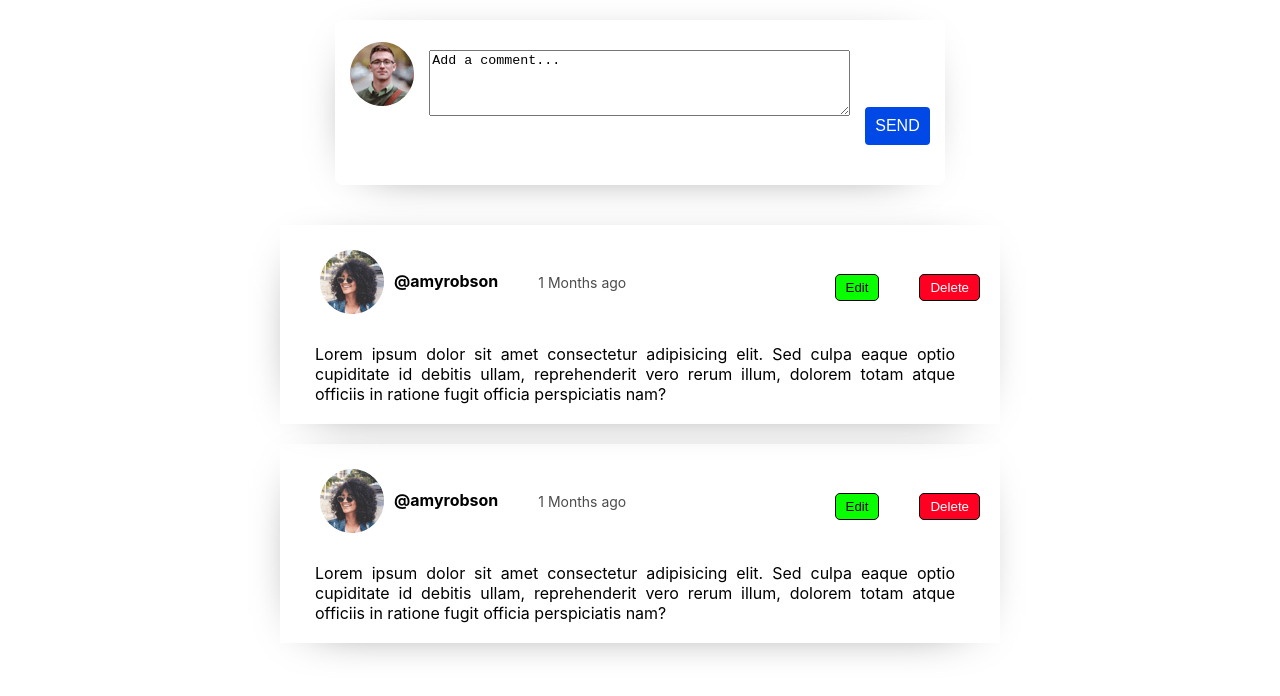
Repository: badhon252/interactive-comments-section
Page: /
These files come from the project's save history. The page is drawn as it stood at one moment and after the next save; the edit follows.
The browser window is 1280 px wide. The pictures show the whole page.
The project was rebuilt for these pictures with package versions that can differ from the ones it lists, and the page was loaded fresh each time.

Above is the page before, as saved 2022-01-27 23:11:19.

### public/index.html
<!DOCTYPE html>
<html lang="en">

<head>
  <meta charset="utf-8" />
  <link rel="icon" href="%PUBLIC_URL%/favicon.ico" />
  <meta name="viewport" content="width=device-width, initial-scale=1" />
  <meta name="theme-color" content="#000000" />
  <meta name="description" content="Web site created using create-react-app" />
  <link rel="apple-touch-icon" href="%PUBLIC_URL%/logo192.png" />

  <link rel="manifest" href="%PUBLIC_URL%/manifest.json" />

  <title>interactive-comments-section</title>
</head>

<body>
  <noscript>You need to enable JavaScript to run this app.</noscript>
  <div id="root"></div>

</body>

</html>

### src/App.js
import WriteComments from "./components/WriteComments";
// import WriteComments from "./components/WriteComments";

function App() {
  return (
    <div className="App">
      <WriteComments />
    </div>
  );
}

export default App;

### src/components/WriteComments.js
import React from "react";
import "../App.css";
import Avatar from "../images/avatars/image-juliusomo.png";
import Comments from "./Comments";
export default function WriteComments() {
  return (
    <div className="main-div">
      <div className="comment-input ">
        <form action="" className="comment-section shadow">
          <img src={Avatar} alt="images" className="my-img" />
          <textarea name="" id="" rows="4" cols="50">
            Add a comment...
          </textarea>
          <button className="submit-btn">SEND</button>
        </form>{" "}
      </div>
      <Comments />
      <Comments />
    </div>
  );
}

### src/App.css
.main-div {
  /* width: 40rem; */
  /* margin: auto; */
}
.comment-input {
  display: flex;
  justify-content: center;
}
.comment-section {
  padding: 15px;
  margin: 20px;
  border-radius: 7px;
}

.submit-btn {
  background-color: rgb(0, 73, 231);
  color: white;
  border: none;
  border-radius: 4px;
  font-size: 1rem;
  padding: 10px;
  margin-bottom: 25px;
  cursor: pointer;
  /* align-items: flex-start; */
}

.my-img {
  max-width: 80%;
  margin-bottom: 25px;
}
textarea {
  margin: 15px;
}

.shadow {
  box-shadow: -3px 7px 54px -36px rgba(0, 0, 0, 1);
  -webkit-box-shadow: -3px 7px 54px -36px rgba(0, 0, 0, 1);
  -moz-box-shadow: -3px 7px 54px -36px rgba(0, 0, 0, 1);
}

/* single comment section ==== */
.comments {
  margin: 20px auto;
  width: 45rem;
  text-align: justify;
}
.profile-info {
  display: flex;
  /* justify-content: left; */
  padding: 25px 0 10px 40px;
}
.random-img {
  max-width: 80%;
}
.name {
  padding: 0 10px;
}
.single-comment {
  width: 40rem;
  padding: 0 15px 20px 15px;
  margin: 20px;
}

.time {
  font-size: 14px;
  opacity: 70%;
  padding-top: 24px;
  padding-left: 30px;
}
.btn {
  /* text-align: center; */
  text-align: right;
  padding-top: 24px;
  padding-left: 30px;
  margin-left: auto;
}
.edit {
  background-color: rgb(9, 255, 0);
  border: 1px solid black;
  padding: 5px 10px;
  border-radius: 5px;
  margin: 0 20px;
  cursor: pointer;
}

.delete {
  background-color: rgb(255, 0, 34);
  border: 1px solid black;
  color: #fff;
  padding: 5px 10px;
  border-radius: 5px;
  margin: 0 20px;
  cursor: pointer;
}

### src/components/Comments.js
import React from "react";
import avartar from "../images/avatars/image-amyrobson.png";
// import { FaTrash } from "react-icons/fa";

const Comments = () => {
  return (
    <div className="comments shadow">
      <div className="profile-info">
        <img src={avartar} alt="" className="random-img" />
        <h4 className="name">@amyrobson</h4>
        <span className="time"> 1 Months ago</span>
        <div className="btn">
          <button className="edit">Edit</button>
          <button className="delete">Delete</button>
        </div>
      </div>

      <p className="single-comment">
        Lorem ipsum dolor sit amet consectetur adipisicing elit. Sed culpa eaque
        optio cupiditate id debitis ullam, reprehenderit vero rerum illum,
        dolorem totam atque officiis in ratione fugit officia perspiciatis nam?
      </p>
    </div>
  );
};

export default Comments;

Loaded but not shown: src/index.js (common file); src/index.css (common file); src/reportWebVitals.js (common file)

After the next save:
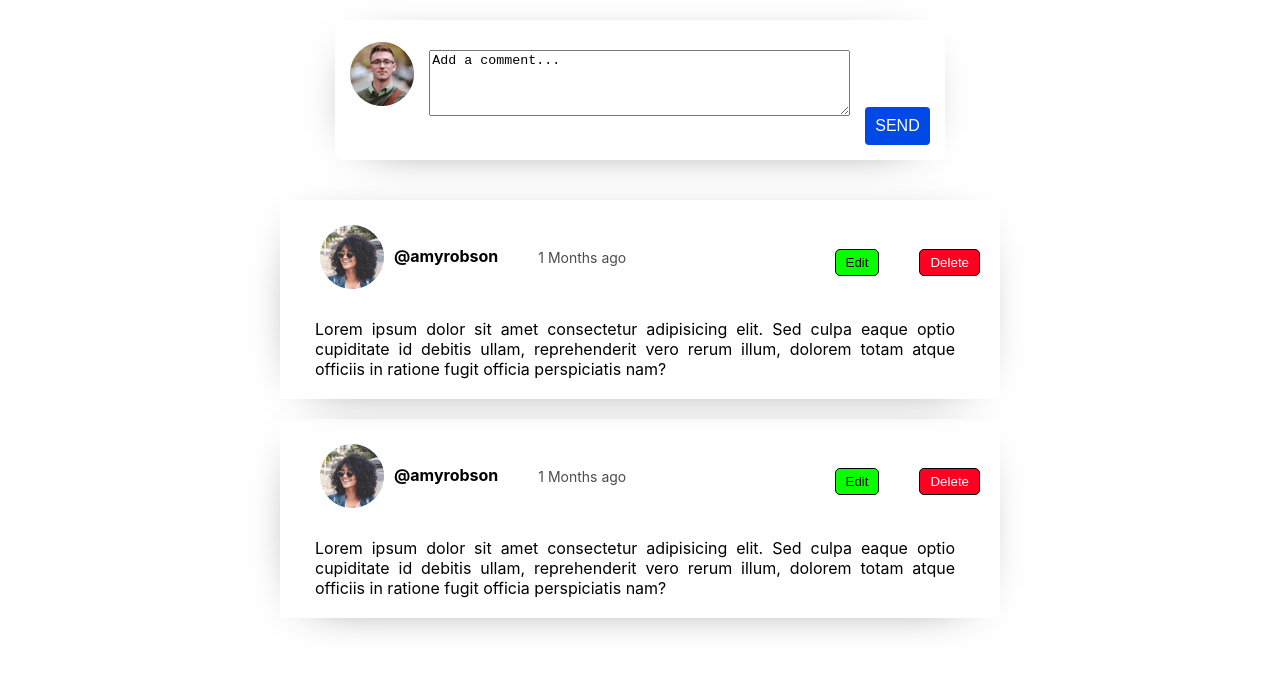
Saved 16 s later.
--- a/src/App.css
+++ b/src/App.css
@@ -19,7 +19,7 @@
   border-radius: 4px;
   font-size: 1rem;
   padding: 10px;
-  margin-bottom: 25px;
+  margin-bottom: auto;
   cursor: pointer;
   /* align-items: flex-start; */
 }

After the save that followed:
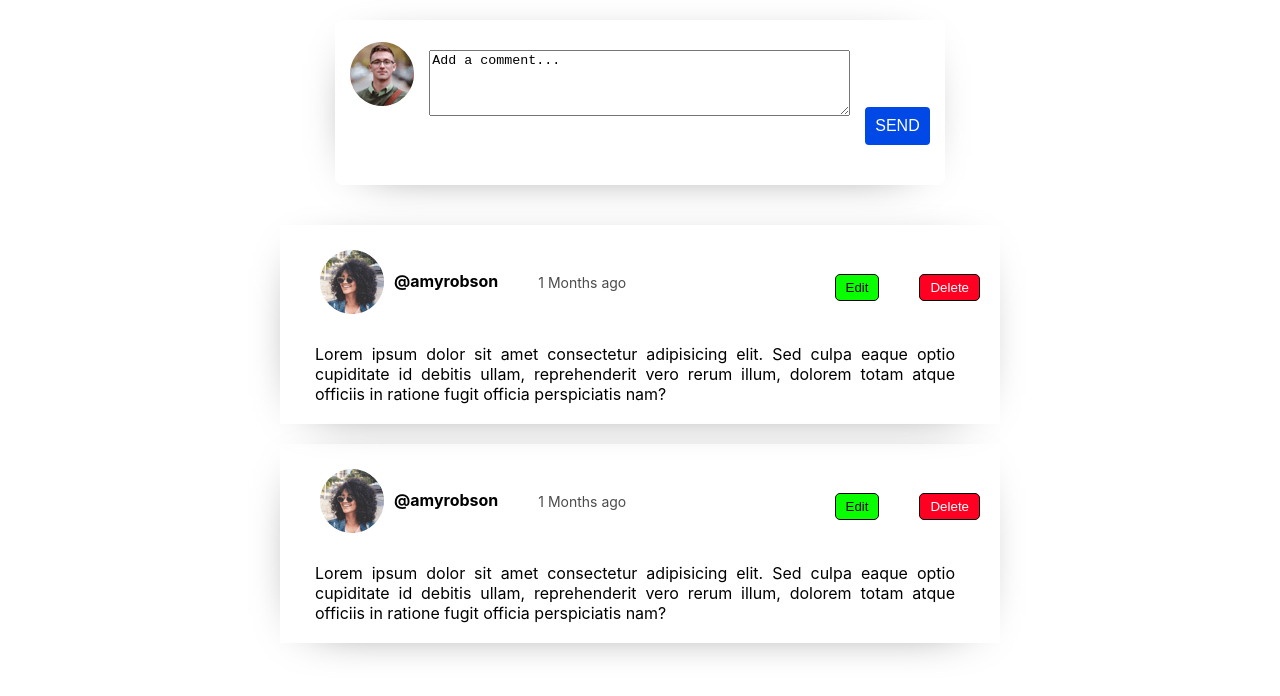
Saved 6 s later.
--- a/src/App.css
+++ b/src/App.css
@@ -19,8 +19,8 @@
   border-radius: 4px;
   font-size: 1rem;
   padding: 10px;
-  margin-bottom: auto;
-  cursor: pointer;
+  margin-bottom: 25px;
+
   /* align-items: flex-start; */
 }
 
